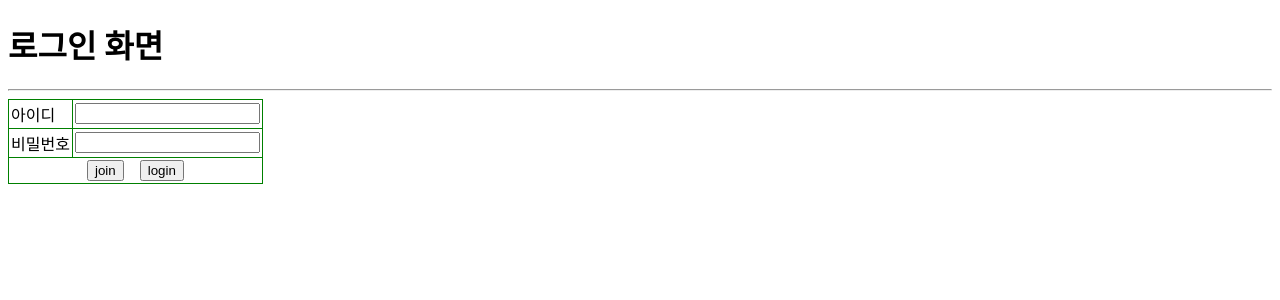
Repository: chuni90/bigdata
Page: http://localhost/tutorial_03/view/login.jsp
The author's editor kept a copy of each file at every save. The page is drawn from the files as they stood at one save, then again after the next save.
The browser window is 1280 px wide. The pictures show the whole page.
The page is served by Tomcat 9.

Above is the page before, as saved 2019-09-24 02:43:56.

After the next save:
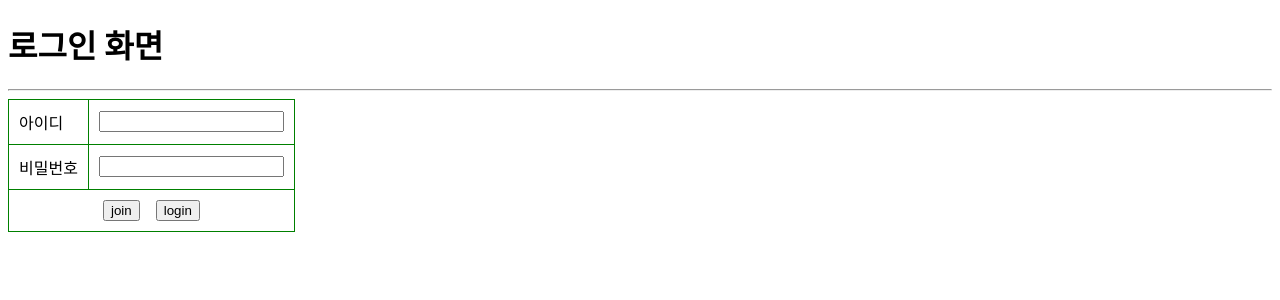
Saved 24 s later.
--- a/2. Java DB/Oracle/tutorial_03/WebContent/view/login.jsp
+++ b/2. Java DB/Oracle/tutorial_03/WebContent/view/login.jsp
@@ -17,8 +17,8 @@
 				border : 1px solid green;
 			}
 
-			td{
-				padding: 2px;
+			tr, td{
+				padding: 10px;
 			}
 
 		</style>
